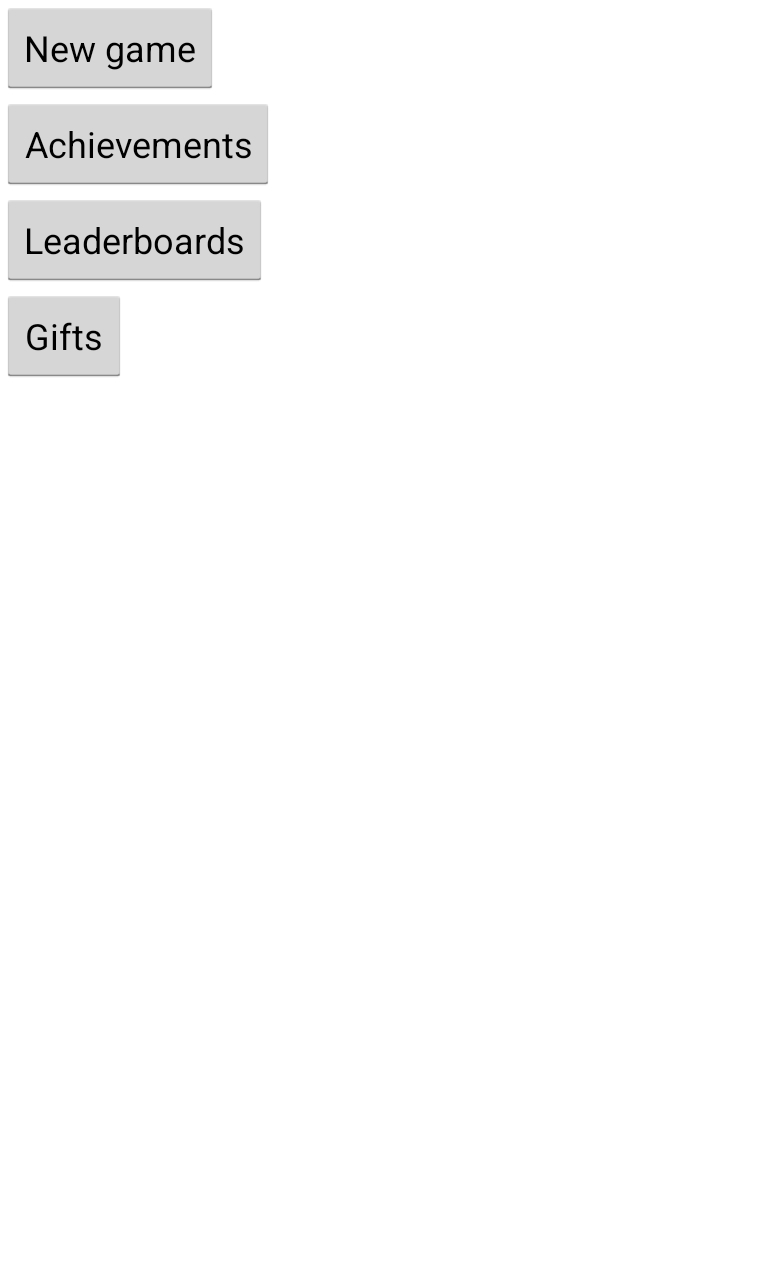
Repository: wassil/googleGamesTest
Layout: TicTacToe/res/layout/fragment_main_menu.xml
An editor plug-in stored every save of this project. The layout is shown before and after the next save, followed by the edit.
It is drawn on a 768 x 1280 px phone screen (xhdpi) without system bars, with theme AppTheme; the app's code is not run.

Above is the layout before, as saved 2014-04-01 18:38:28.

### TicTacToe/res/layout/fragment_main_menu.xml
<?xml version="1.0" encoding="utf-8"?>
<LinearLayout xmlns:android="http://schemas.android.com/apk/res/android"
    android:layout_width="match_parent"
    android:layout_height="match_parent"
    android:orientation="vertical"
    android:layout_gravity="center">"

    <Button
        android:id="@+id/buttonNewGame"
        android:layout_width="wrap_content"
        android:layout_height="wrap_content"
        android:text="New game" />
	<Button
        android:id="@+id/buttonAchievements"
        android:layout_width="wrap_content"
        android:layout_height="wrap_content"
        android:text="@string/achievements" />
	<Button
        android:id="@+id/buttonLeaderboards"
        android:layout_width="wrap_content"
        android:layout_height="wrap_content"
        android:text="@string/leaderboards" />
	<Button
        android:id="@+id/buttonGifts"
        android:layout_width="wrap_content"
        android:layout_height="wrap_content"
        android:text="@string/gifts" />


</LinearLayout>

### TicTacToe/res/values/strings.xml
<?xml version="1.0" encoding="utf-8"?>
<resources>

    <string name="app_name">Tic Tac Toe</string>
    <string name="action_settings">Settings</string>

    <string name="achievements">Achievements</string>
    <string name="leaderboards">Leaderboards</string>
    <string name="gifts">Gifts</string>
    <string name="multiplayer">Multiplayer</string>

</resources>

Loaded but not shown: TicTacToe/res/values/styles.xml (common file); TicTacToe/res/values-v11/styles.xml (common file); TicTacToe/res/values-v14/styles.xml (common file)

After the next save:
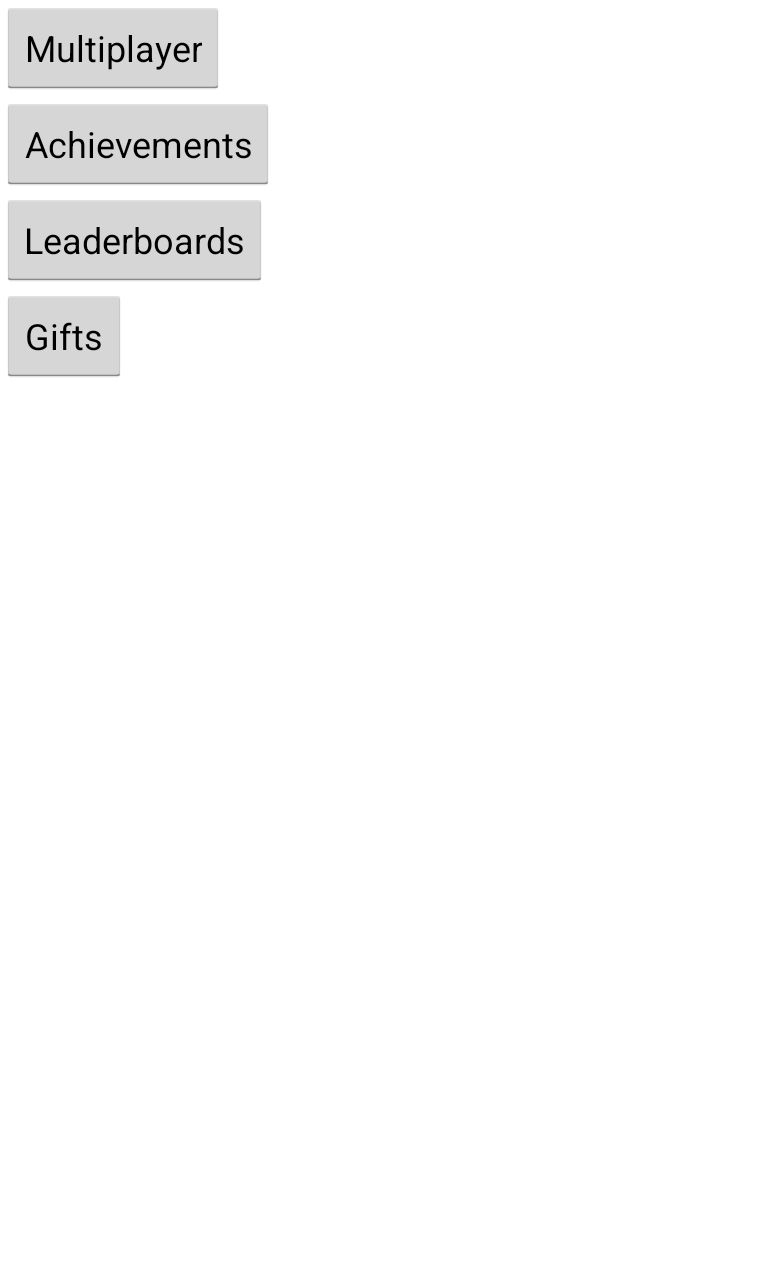
Saved 22 s later.
--- a/TicTacToe/res/layout/fragment_main_menu.xml
+++ b/TicTacToe/res/layout/fragment_main_menu.xml
@@ -6,10 +6,10 @@
     android:layout_gravity="center">"
 
     <Button
-        android:id="@+id/buttonNewGame"
+        android:id="@+id/buttonMultiplayer"
         android:layout_width="wrap_content"
         android:layout_height="wrap_content"
-        android:text="New game" />
+        android:text="Multiplayer" />
 	<Button
         android:id="@+id/buttonAchievements"
         android:layout_width="wrap_content"
